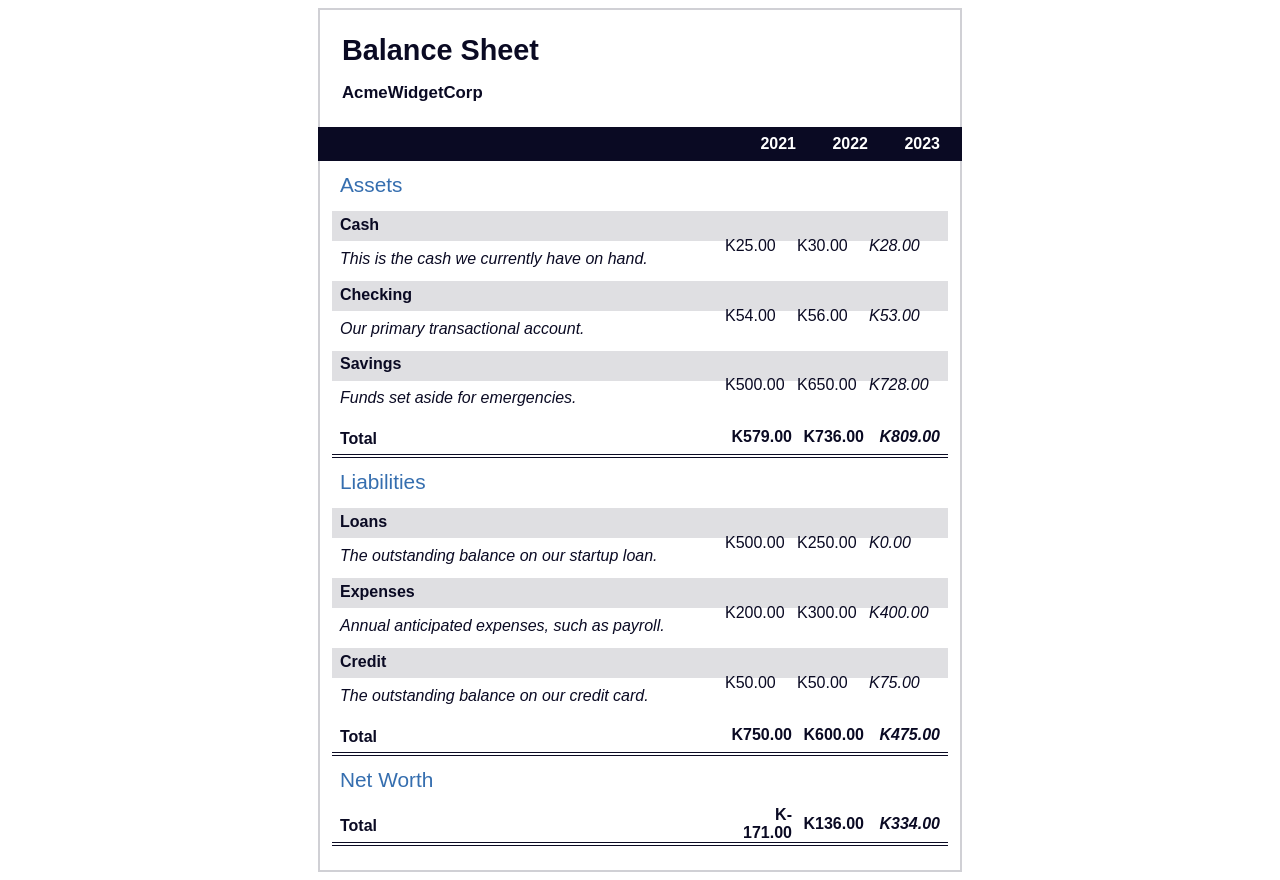
Repository: Lungdjos/balance_shee
Page: index.html
These files come from the project's save history. The page is drawn as it stood at one moment and after the next save; the edit follows.
The browser window is 1280 px wide. The pictures show the whole page.

Above is the page before, as saved 2023-11-04 23:37:05.

### index.html
<!DOCTYPE html>
<html lang="en">

<head>
    <meta charset="UTF-8">
    <meta name="viewport" content="width=device-width, initial-scale=1.0">
    <title>Balance Sheet</title>
    <link rel="stylesheet" href="styles.css">
</head>

<body>
    <main>
        <section>
            <h1>
                <span class="flex">
                <span>AcmeWidgetCorp</span>
                <span>Balance Sheet</span>
                </span>
            </h1>
            <div id="years" aria-hidden="true">
                <span class="year">2021</span>
                <span class="year">2022</span>
                <span class="year">2023</span>
            </div>
            <div class="table-wrap">
                <table>
                    <caption>Assets</caption>
                    <thead>
                        <tr>
                            <td></td>
                            <th><span class="sr-only year">2021</span></th>
                            <th><span class="sr-only year">2022</span></th>
                            <th class="current"><span class="sr-only year">2023</span></th>
                        </tr>
                    </thead>
                    <tbody>
                        <tr class="data">
                            <th>
                                Cash <span class="description">This is the cash we currently have on hand.</span>
                            </th>
                            <td>K25.00</td>
                            <td>K30.00</td>
                            <td class="current">K28.00</td>
                        </tr>
                        <tr class="data">
                            <th>
                                Checking <span class="description">Our primary transactional account.</span>
                            </th>
                            <td>K54.00</td>
                            <td>K56.00</td>
                            <td class="current">K53.00</td>
                        </tr>
                        <tr class="data">
                            <th>
                                Savings <span class="description">Funds set aside for emergencies.</span>
                            </th>
                            <td>K500.00</td>
                            <td>K650.00</td>
                            <td class="current">K728.00</td>
                        </tr>
                        <tr class="total">
                            <th>
                                Total <span class="sr-only">Assets</span>
                            </th>
                            <td>K579.00</td>
                            <td>K736.00</td>
                            <td class="current">K809.00</td>
                        </tr>
                    </tbody>
                </table>
                <table>
                    <caption>Liabilities</caption>
                    <thead>
                        <tr>
                            <td></td>
                            <th><span class="sr-only">2021</span></th>
                            <th><span class="sr-only">2022</span></th>
                            <th><span class="sr-only">2023</span></th>
                        </tr>
                    </thead>
                    <tbody>
                        <tr class="data">
                            <th>
                                Loans <span class="description">The outstanding balance on our startup loan.</span>
                            </th>
                            <td>K500.00</td>
                            <td>K250.00</td>
                            <td class="current">K0.00</td>
                        </tr>
                        <tr class="data">
                            <th>
                                Expenses <span class="description">Annual anticipated expenses, such as payroll.</span>
                            </th>
                            <td>K200.00</td>
                            <td>K300.00</td>
                            <td class="current">K400.00</td>
                        </tr>
                        <tr class="data">
                            <th>
                                Credit <span class="description">The outstanding balance on our credit card.</span>
                            </th>
                            <td>K50.00</td>
                            <td>K50.00</td>
                            <td class="current">K75.00</td>
                        </tr>
                        <tr class="total">
                            <th>
                                Total <span class="sr-only">Liabilities</span>
                            </th>
                            <td>K750.00</td>
                            <td>K600.00</td>
                            <td class="current">K475.00</td>
                        </tr>
                    </tbody>
                </table>
                <table>
                    <caption>Net Worth</caption>
                    <thead>
                        <tr>
                            <td></td>
                            <th><span class="sr-only">2021</span></th>
                            <th><span class="sr-only">2022</span></th>
                            <th><span class="sr-only">2023</span></th>
                        </tr>
                    </thead>
                    <tbody>
                        <tr class="total">
                            <th>
                                Total <span class="sr-only">Net Worth</span>
                            </th>
                            <td>K-171.00</td>
                            <td>K136.00</td>
                            <td class="current">K334.00</td>
                        </tr>
                    </tbody>
                </table>
            </div>
        </section>
    </main>
</body>

</html>

</html>

</html>

### styles.css
    /* general styling */

    html {
        box-sizing: border-box;
    }

    body {
        font-family: sans-serif;
        color: #0a0a23;
    }

    span[class~="sr-only"] {
        border: 0 !important;
        clip: rect(1px, 1px, 1px, 1px) !important;
        clip-path: inset(50%) !important;
        width: 1px !important;
        height: 1px !important;
        overflow: hidden !important;
        white-space: nowrap !important;
        position: absolute !important;
        padding: 0 !important;
        margin: 1px !important;
    }
    /* table styling */

    h1 {
        max-width: 37.25rem;
        margin: 0 auto;
        padding: 1.5rem 1.25rem;
    }

    h1 .flex {
        display: flex;
        flex-direction: column-reverse;
        gap: 1rem;
    }

    h1 .flex span:first-of-type {
        font-size: .7em;
    }

    h1 .flex span:last-of-type {
        font-size: 1.2em;
    }

    section {
        max-width: 40rem;
        margin: 0 auto;
        border: 2px solid #d0d0d5;
    }

    #years {
        position: sticky;
        top: 0;
        display: flex;
        justify-content: flex-end;
        color: #fff;
        background: #0a0a23;
        margin: 0 -2px;
        padding: .5rem calc(1.25rem + 2px) .5rem 0;
        z-index: 999;
    }

    #years span[class] {
        font-weight: bold;
        width: 4.5rem;
        text-align: right;
    }

    .table-wrap {
        padding: 0 .75rem 1.5rem .75rem;
    }

    table {
        border-collapse: collapse;
        border: 0;
        width: 100%;
        position: relative;
        margin-top: 3rem;
    }

    table caption {
        color: #356eaf;
        font-weight: normal;
        font-size: 1.3em;
        position: absolute;
        top: -2.25rem;
        left: .5rem;
    }

    tbody td {
        max-width: 4rem;
        min-width: 4rem;
        width: 100vw;
    }

    tbody th {
        max-width: 4rem;
        min-width: 4rem;
    }

    tr[class="total"] {
        border-bottom: 4px double #0a0a23;
        font-weight: bold;
    }

    tr[class="total"] th {
        text-align: left;
        padding: .5rem 0 .25rem .5rem
    }

    tr.total td {
        text-align: right;
        padding: 0 .25rem;
    }

    tr.total td:nth-of-type(3) {
        padding: .5rem;
    }

    tr.total:hover {
        background: #99c9ff;
    }

    td[class="current"] {
        font-style: italic;
    }

    tr[class="data"] {
        background: linear-gradient(to bottom, #dfdfe2 1.845rem, white 1.845rem);
    }

    tr.data th {
        text-align: left;
        padding-top: .3rem;
        padding-left: .5rem;
    }

    tr.data th .description {
        display: block;
        font-style: italic;
        font-weight: normal;
        padding: 1rem 0 .75rem;
        margin-right: -13.5rem;
    }

After the next save:
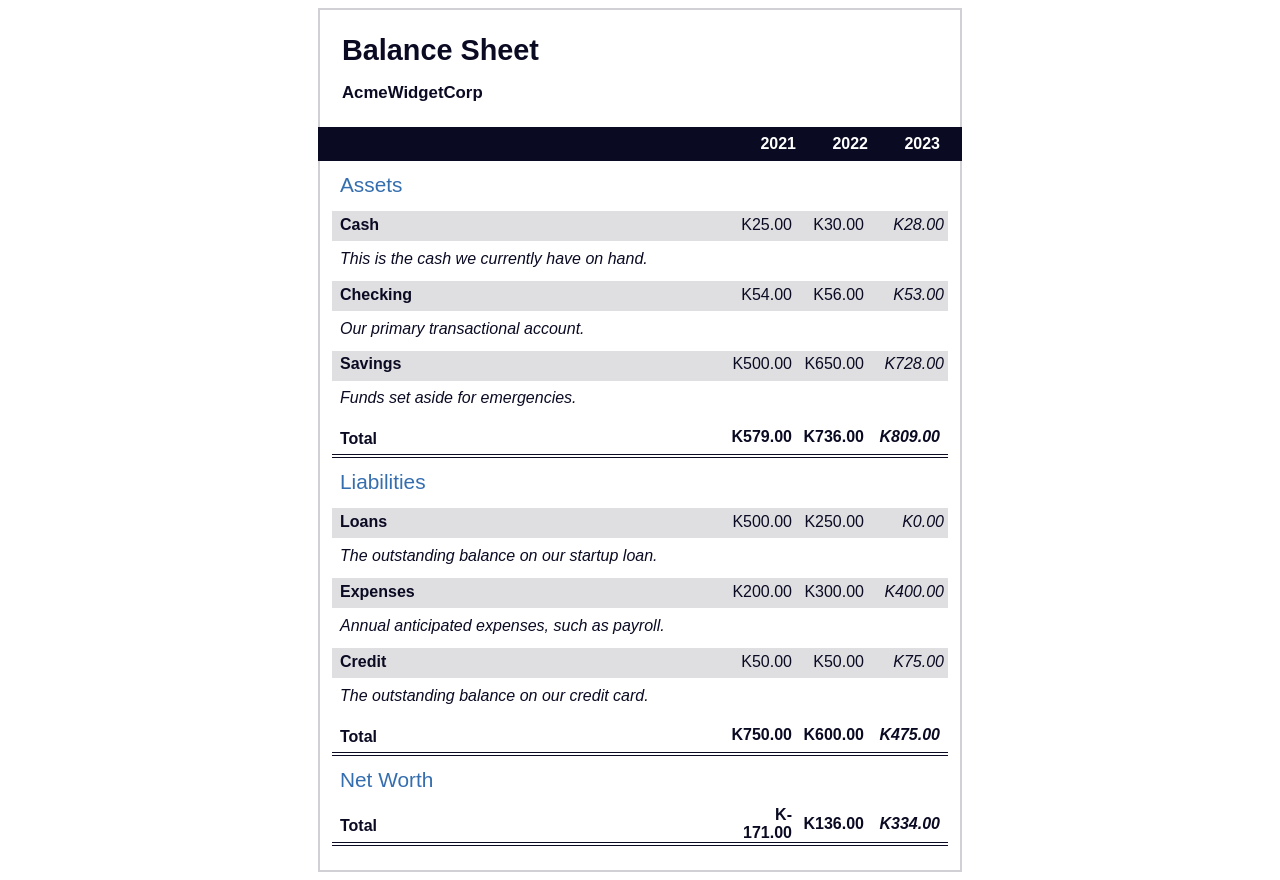
Saved 3 min 27 s later.
--- a/styles.css
+++ b/styles.css
@@ -143,3 +143,9 @@
         padding: 1rem 0 .75rem;
         margin-right: -13.5rem;
     }
+
+    tr.data td {
+        padding: .3rem .25rem 0;
+        text-align: right;
+        vertical-align: top;
+    }
